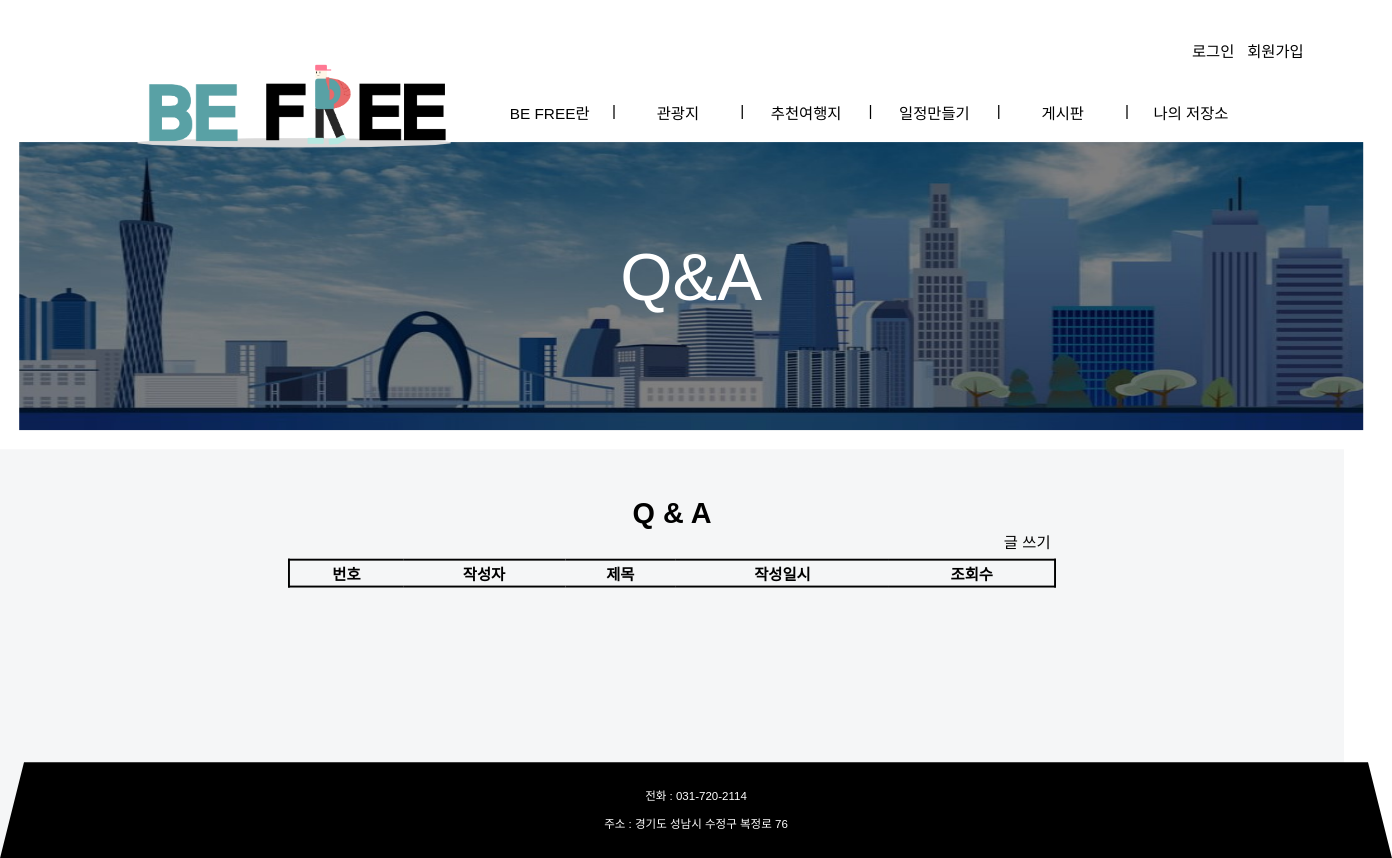
Repository: 1912087/Klavier_Piano
Page: http://localhost/notice/Q&A.jsp
An editor plug-in stored every save of this project. The page is shown before and after the next save, followed by the edit.
The browser window is 1280 px wide. The page is 1450 px wide, then 1420 px, so the pictures cover 1450 px, including what lies to the right of the window. The pictures show the whole page, at 96% of full size.
Backgrounds fixed to the window are drawn as part of the page. Some web fonts or font styles are not loaded; a fallback is used. The page is served by Tomcat 9. Other server files are loaded and not shown. Queries for data that is not in the repository find no rows.

Above is the page before, as saved 2021-11-09 16:22:33.

### Notice/notice/WebContent/Q&A.jsp
<%@ page language="java" contentType="text/html; charset=UTF-8"
    pageEncoding="UTF-8"%>
<%@ page import="java.io.PrintWriter" %>
<%@ page import="notice.QADAO" %>
<%@ page import="notice.QA" %>
<%@ page import="java.util.ArrayList" %>
<!DOCTYPE html>
<html>
    <head>
        <meta charset="UTF-8">
        <link rel="preconnect" href="https://fonts.googleapis.com">
        <link rel="preconnect" href="https://fonts.gstatic.com" crossorigin>
        <link href="https://fonts.googleapis.com/css2?family=Gowun+Dodum&display=swap" rel="stylesheet">
        <link rel="preconnect" href="https://fonts.googleapis.com">
        <link rel="preconnect" href="https://fonts.gstatic.com" crossorigin>
        <link href="https://fonts.googleapis.com/css2?family=Black+Han+Sans&display=swap" rel="stylesheet">
    	<link href="${pageContext.request.contextPath}/css/qa_design.css" rel="stylesheet" type="text/css">
        <title>BE FREE</title>
    </head>
    <body>
        	<%
        		// 메인 페이지로 이동했을 때 세션에 값이 담겨있는지 체크
				String userID = null;
				if(session.getAttribute("userID") != null){
					userID = (String)session.getAttribute("userID");
				}
				int pageNumber = 1; //기본은 1 페이지를 할당
				// 만약 파라미터로 넘어온 오브젝트 타입 'pageNumber'가 존재한다면
				// 'int'타입으로 캐스팅을 해주고 그 값을 'pageNumber'변수에 저장한다
				if(request.getParameter("pageNumber") != null){
					pageNumber = Integer.parseInt(request.getParameter("pageNumber"));
				}
			%>
        <div class="all">
            <div class="main">
                <header>
                    <div class="name">
                    </div>
					<%
						// 로그인 하지 않았을 때 보여지는 화면
						if(userID == null){
					%>
                            <ul class="login">
                                <li><a href="login.jsp">로그인</a></li> &nbsp;
                                <li><a href="clause.jsp">회원가입</a></li>
                            </ul>
                    <%
						// 로그인이 되어 있는 상태에서 보여주는 화면
						}else{
					%>
                            <ul class="login">
                                <li><a href="logoutAction.jsp">로그아웃</a></li> &nbsp;
                                <li><a href="main.jsp">회원관리</a></li>
                            </ul>

                    <%
						}
					%>

                    <nav>
                        <div class="title_menu">
                            <a href="main.jsp"><img class="logo" src="images/BE_FREE.png"></a>
                            <ul id="main-menu">
                                <li><a href="회사소개.html">BE FREE란</a></li>
                                <li><a href="#">관광지</a></li>
                                <li><a href="#">추천여행지</a>
                                    <ul id="sub-menu">
                                        <li><a href="문의하기.html">추천여행지</a></li>
                                        <li><a href="공지사항.html">추천여행일정</a></li>
                                    </ul>
                                </li>
                                <li><a href="#">일정만들기</a></li>
                                <li><a href="#">게시판</a>
                                    <ul id="sub-menu">
                                        <li><a href="공지사항.html">공지사항</a></li>
                                        <li><a href="Q&A.jsp">Q&A</a></li>
                                    </ul>
                                </li>
                                <li><a href="#">나의 저장소</a>
                                    <ul id="sub-menu">
                                        <li><a href="나의찜목록.html">나의 찜 목록</a></li>
                                        <li><a href="나의여행일정.html">나의 여행 일정</a></li>
                                    </ul>
                                </li>
                            </ul>
                        </div>
                    </nav>
                    <div class="hd">
                        <div class="ment">
                          Q&A
                        </div>
                    </div>
                </header>
            </div>

            <div class="se">
                <section>
                    <div class="item_list">
                        <p class="QA">Q & A</p>
                            <div class="w">
                                <a href="write.jsp">글 쓰기</a>
                            </div>
                            <table>
	                            <thead>
	                                <tr><th>번호</th><th>작성자</th><th>제목</th><th>작성일시</th><th>조회수</th></tr>
	                            </thead>
	                            <tbody>
									<%
										QADAO qaDAO = new QADAO(); // 인스턴스 생성
										ArrayList<QA> list = qaDAO.getList(pageNumber);
										for(int i = 0; i < list.size(); i++){
									%>
									<tr>
										<td><%= list.get(i).getQID() %></td>
										<!-- 게시글 제목을 누르면 해당 글을 볼 수 있도록 링크를 걸어둔다 -->
										<td><a href="view.jsp?QID=<%= list.get(i).getQID() %>">
											<%= list.get(i).getUserID() %></a></td>
										<td><%= list.get(i).getQTITLE() %></td>
										<td><%= list.get(i).getQDATE().substring(0, 11) + list.get(i).getQDATE().substring(11, 13) + ":"
											+ list.get(i).getQDATE().substring(14, 16) %></td>
									</tr>
									<%
										}
									%>
	                            </tbody>
                            </table>

                            <!-- 페이징 처리 영역 -->
							<%
								if(pageNumber != 1){
							%>
								<a href="QA.jsp?pageNumber=<%=pageNumber - 1 %>"
									class="btn btn-success btn-arraw-left">이전</a>
							<%
								}if(qaDAO.nextPage(pageNumber + 1)){
							%>
								<a href="QA.jsp?pageNumber=<%=pageNumber + 1 %>"
									class="btn btn-success btn-arraw-left">다음</a>
							<%
								}
							%>
                        </div>
                </section>

	            <footer>
	                <p style="padding: 25px 0px 0px 0px;">전화 : 031-720-2114</p>
	                <p>주소 : 경기도 성남시 수정구 복정로 76</p>
	            </footer>
            </div>

            </div>



    </body>
</html>

### Notice/notice/src/notice/QADAO.java
package notice;

import java.sql.Connection;
import java.sql.DriverManager;
import java.sql.PreparedStatement;
import java.sql.ResultSet;
import java.util.ArrayList;

public class QADAO {
	private Connection conn;
	private ResultSet rs;

	//기본 생성자
	public QADAO() {
		try {
			String dbURL = "jdbc:mysql://localhost:3306/PARTNER?serverTimezone=Asia/Seoul&useUnicode=true&characterEncoding=utf8";
			String dbID = "befree";
			String dbPassword = "dl10743";
			Class.forName("com.mysql.cj.jdbc.Driver");
			conn = DriverManager.getConnection(dbURL, dbID, dbPassword);
		}catch (Exception e) {
			e.printStackTrace();
		}
	}

	//작성일자 메소드
	public String getDate() {
		String sql = "select now()";
		try {
			PreparedStatement pstmt = conn.prepareStatement(sql);
			rs = pstmt.executeQuery();
			if(rs.next()) {
				return rs.getString(1);
			}
		}catch (Exception e) {
			e.printStackTrace();
		}
		return ""; //데이터베이스 오류
	}

	//게시글 번호 부여 메소드
	public int getNext() {
		//현재 게시글을 내림차순으로 조회하여 가장 마지막 글의 번호를 구한다
		String sql = "select QID from QA order by QID desc";
		try {
			PreparedStatement pstmt = conn.prepareStatement(sql);
			rs = pstmt.executeQuery();
			if(rs.next()) {
				return rs.getInt(1) + 1;
			}
			return 1; //첫 번째 게시물인 경우
		}catch (Exception e) {
			e.printStackTrace();
		}
		return -1; //데이터베이스 오류
	}

	//글쓰기 메소드
	public int write(String QTITLE, String userID, String QCONTENT) {
		String sql = "insert into QA values(?, ?, ?, ?, ?, ?)";
		try {
			PreparedStatement pstmt = conn.prepareStatement(sql);
			pstmt.setInt(1, getNext());
			pstmt.setString(2, QTITLE);
			pstmt.setString(3, userID);
			pstmt.setString(4, getDate());
			pstmt.setString(5, QCONTENT);
			pstmt.setInt(6, 1); //글의 유효번호
			return pstmt.executeUpdate();
		}catch (Exception e) {
			e.printStackTrace();
		}
		return -1; //데이터베이스 오류
	}

	//게시글 리스트 메소드
	public ArrayList<QA> getList(int pageNumber){
		String sql = "select * from QA where QID < ? and QCLICK = 1 order by QID desc limit 10";
		ArrayList<QA> list = new ArrayList<QA>();
		try {
			PreparedStatement pstmt = conn.prepareStatement(sql);
			pstmt.setInt(1, getNext() - (pageNumber - 1) * 10);
			rs = pstmt.executeQuery();
			while(rs.next()) {
				QA qa = new QA();
				qa.setQID(rs.getInt(1));
				qa.setQTITLE(rs.getString(2));
				qa.setUserID(rs.getString(3));
				qa.setQDATE(rs.getString(4));
				qa.setQCONTENT(rs.getString(5));
				qa.setQCLICK(rs.getInt(6));
				list.add(qa);
			}
		}catch (Exception e) {
			e.printStackTrace();
		}
		return list;
	}

	//페이징 처리 메소드
	public boolean nextPage(int pageNumber) {
		String sql = "select * from QA where QID < ? and QCLICK = 1";
		try {
			PreparedStatement pstmt = conn.prepareStatement(sql);
			pstmt.setInt(1, getNext() - (pageNumber - 1) * 10);
			rs = pstmt.executeQuery();
			if(rs.next()) {
				return true;
			}
		}catch (Exception e) {
			e.printStackTrace();
		}
		return false;
	}

}

### Notice/notice/WebContent/css/qa_design.css

            body { margin:0 auto; padding:20px 0 0 0; font-family: 'Gowun Dodum', sans-serif;}
            li { display: inline-block; list-style: none; }
            a { text-decoration: none; color:black;}
            header{ display: inline-block; width: 1400px; margin: 0 auto;}
            .hd {
                background-image: url('images/town_2.jpg');
                background-size:over;
                background-size:100% 100%;
                background-attachment: fixed;
                width:1400px;
                height:300px;
                background-repeat: no-repeat;
                margin-top:-20px;
            }
            .main{
                margin: 0 auto;
                padding: 20px;
                text-align: center;
            }
            .logo{
                /*margin-top: 30px;
                display: flex;
                position : relative;*/
                height: 100px;
                /*left: 7%*/
            }
            .login { margin-right: 62px; /*float: right;*/ }
            header ul{ text-align: right; }
            .p {
                height:60px;
                z-index: 1;
                width:1500px;
                margin:0;
                padding:0;
             }
             nav {
                display: flex;
                justify-content: center;
                position: relative;
                /* background: black; */
                margin: 0 auto;
                /* width: 95%; */
                /* position: absolute; */
                /* left: 10%;*/
            }
            ul, li {
                margin: 0;
                padding: 0;
                list-style: none;
                text-decoration: none;
            }

            nav > ul > li{
                width: 130px;
            }
            .se{
                background-color: white;
	            margin: 0 auto;
	            width: 1400px;
                text-align: center;
            }
            #main-menu{
                /*background: black;*/
                height: 40px;
                /* position: relative; */
                /* top: 50%; */
                justify-content: center;
                margin: 35px 0px 0px 20px;
                float: right;
                width: 810px;
            }
            #main-menu > li > a {
                /*color:white;*/
                text-align: center;
                line-height: 39px;
                padding: 0px 20px 0px 15px;
                text-shadow: 1px 1px 1px white(0, 0, 0, 0.39);
                width: 90px;
                float: right;
            }

            #main-menu > li::before{
                content: "|";
                float: right;
                display: block;
                margin-top: 7.7px;
            }
            #main-menu > li:last-child::before{
                content: "";
            }
            #main-menu > li> .logo{
                width: 120px;
            }

            #sub-menu {
                width:120px;
                position: absolute;
                opacity: 0;
                visibility: hidden;
                background-color: rgba(255, 255, 255, 0.801);
                border-top: 2px solid gold;
                text-align: center;
                top: 74px;
            }

            #sub-menu > li {
                display: block;
                font-size:13px;
                padding: 10px 10px;
            }

            #main-menu > li:hover #sub-menu {
                z-index: 1;
                opacity: 1;
                visibility: visible;
            }
            #sub-menu > li > a:hover { text-decoration:underline; color:gray; }
            .event ul li { list-style: none; display: inline-block; }
            section div img { width: 100%; }
            .ment {
                margin :0 auto;
                float:left;
                width:100%;
                font-size:100px;
                text-align: center;
                margin-top:100px;
                color:rgb(255, 255, 255);
                font-size: 70px;
            }
            section{width:1400px;margin:0 auto; padding-top:50px;}
            .a1{ text-align: center; font-weight: bold; font-size:30px;}
           /*.a2{background-color:gray; color:white; border-bottom: 2px solid black; padding:5px; margin-top:10px;}*/
            footer{
                clear:both;
                margin:0;
                /*background-color: rgb(22, 20, 20);*/
                color:white;
                text-align: center;
                /*padding:15px;*/
                font-size: 12px;
                position: relative;
                width: 1350px;
                bottom: 0;
                left: 0;
                border-bottom: 100px solid black;
				border-right: 25px solid transparent;
				border-left: 25px solid transparent;
				height: 0px;
            }
            .wrap {position: absolute;left: 0;bottom: 40px;width: 288px;height: 132px;margin-left: -144px;text-align: left;overflow: hidden;font-size: 12px;font-family: 'Malgun Gothic', dotum, '돋움', sans-serif;line-height: 1.5;}
            .wrap * {padding: 0;margin: 0;}
            .wrap .info {width: 286px;height: 120px;border-radius: 5px;border-bottom: 2px solid #ccc;border-right: 1px solid #ccc;overflow: hidden;background: #fff;}
            .wrap .info:nth-child(1) {border: 0;box-shadow: 0px 1px 2px #888;}
            .info .title {padding: 5px 0 0 10px;height: 30px;background: rgb(17, 38, 141);border-bottom: 1px solid #ddd;font-size: 18px;font-weight: bold; color: #fff;}
            .info .close {position: absolute;top: 10px;right: 10px;color: rgb(255, 255, 255);width: 17px;height: 17px;background: url('https://t1.daumcdn.net/localimg/localimages/07/mapapidoc/overlay_close.png');}
            .info .close:hover {cursor: pointer;}
            .info .body {position: relative;overflow: hidden;}
            .info .desc {position: relative;margin: 13px 0 0 90px;height: 75px;}
            .desc .ellipsis {overflow: hidden;text-overflow: ellipsis;white-space: nowrap;}
            .desc .jibun {font-size: 11px;color: #888;margin-top: -2px;}
            .info .img {position: absolute;top: 6px;left: 5px;width: 73px;height: 71px;border: 1px solid #ddd;color: #888;overflow: hidden;}
            .info:after {content: '';position: absolute;margin-left: -12px;left: 50%;bottom: 0;width: 22px;height: 12px;background: url('https://t1.daumcdn.net/localimg/localimages/07/mapapidoc/vertex_white.png')}
            .info .link {color: #5085BB;}


            footer{
                clear:both;
                margin:0;
                /*background-color: rgb(22, 20, 20);*/
                color:white;
                text-align: center;
                /*padding:15px;*/
                font-size: 12px;
                position: relative;
                width: 1400px;
                bottom: 0;
                left: 0;
                border-bottom: 100px solid black;
				border-right: 25px solid transparent;
				border-left: 25px solid transparent;
				height: 0px;
            }
            .item_list{
                text-align: center;
                width: 940px;
                margin: 0 auto;
            }
            .recommend_plan{
                display: inline-block;
                /*text-align: center;*/
                margin: 0px;
            }
            .item_section{
                float: left;
                /*width: 300px;
                box-shadow: 5px 5px 5px gray;
                border: 1px solid rgb(184, 184, 184);
                border-radius: 5px;*/
                margin: 10px;
            }
            .item_btm_like{
                text-align: right;
                padding: 10px 20px 10px 10px;
                border-top: 1px solid rgb(184, 184, 184);
            }
            .item_title{
                font-size: 20px;
                margin: 0px 0px 0px 0px;
            }
            .item_plan{
                margin: 0px 0px 16px 0px;
                clear: left;
                text-align: left;
            }
            .item_img{
                margin: 20px;
                width: 200px;
            }

            .item_list2{
                width: 1400px;
                text-align: center;
                margin-top: 70px;
            }
            .table_travle{
                margin-left: auto;
                margin-right: auto;
            }
            .travle{
                /*border: 1px solid gray;*/
                padding-right: 60px;
            }
            .item_section2{
                float: left;
                /*width: 240px;*/
                /*box-shadow: 5px 5px 5px gray;*/
                border: 1px solid rgb(184, 184, 184);
                border-radius: 5px;
                margin: 10px;
            }
            .item_section3{
                float: left;
                /*width: 240px;*/
                /*box-shadow: 5px 5px 5px gray;
                border: 1px solid rgb(184, 184, 184);
                border-radius: 5px;*/
                margin: 10px;
            }
            .item_title2{
                margin: 0px 0px 20px 0px;
                font-size: 20px;
            }
            .item_btm_like2{
                text-align: right;
                padding: 10px 20px 10px 10px;
                border-top: 1px solid rgb(184, 184, 184);
            }
            .hash{
                /*width: 250px;*/
                padding: 20px;
                /*border: 1px solid rgb(240, 240, 240);
                border-radius: 150px;
                background-color: rgb(240, 240, 240);*/
            }
            .item_top_jeju{
                margin-top: 45px;
            }
            .item_title{
                font-size: 40px;
                font-weight: bold;
                font-family: 'Black Han Sans', sans-serif;
                color: rgb(255, 255, 255);
                -webkit-text-stroke-width: 0.5px;
                -webkit-text-stroke-color: rgb(0, 0, 0);
                float: left;
            }
            .item_sub{
                font-size: 40px;
                font-family: 'Black Han Sans', sans-serif;
                color: black;
                -webkit-text-stroke-width: 0px;
                margin: 0px 0px 0px 12px;
                float: left;
            }
            .back{
                background: linear-gradient(to right, #0052d4,#4364f7,#6fb1fc);
                height: 44px;
                padding: 5px;
            }
            .logo_img{
                width: 390px;
                padding: 74px 10px 74px 10px;
            }
            .site_logo{
                font-size: 40px;
                font-family: 'Black Han Sans', sans-serif;
                /*background: linear-gradient(to right top, #0052d4,#4364f7,#6fb1fc);
                color: transparent;
                -webkit-background-clip: text;
                -webkit-text-stroke-width: 0px;*/
                color: black;
                margin: 0px 0px 0px 0px;
            }
            .object_logo{
                font-size: 40px;
                font-family: 'Black Han Sans', sans-serif;
                /*background: linear-gradient(to right top, #0052d4,#4364f7,#6fb1fc);
                color: transparent;
                -webkit-background-clip: text;
                -webkit-text-stroke-width: 0px;*/
                color: black;
                margin: 0px 0px 0px 0px;
            }
            .logo_img3{
                width: 350px;
            }
            .item_list3{
                width: 1400px;
                text-align: center;
                margin-top: 70px;
            }
            .table_site{
                margin-left: auto;
                margin-right: auto;
            }
            .a2{
                font-size: 40px;
                font-family: 'Black Han Sans', sans-serif;
                /*background: linear-gradient(to right top, #0052d4,#4364f7,#6fb1fc);
                color: transparent;
                -webkit-background-clip: text;
                -webkit-text-stroke-width: 0px;*/
                color: black;
                margin: 0px 0px 0px 0px;
            }
            table{
                margin:0 auto;
                width:800px;
                height:200px;
                border:2px solid black;
                border-collapse:collapse;
                text-align: center;

            }
            tr td{
                height:15px;
                border-bottom:1px solid black;

            }
            th{
                border-bottom:1px solid black;
                height:15px;
            }
            td a:hover{color:gray; text-decoration:underline;}

            .QA{
                font-size: 30px;
                font-weight: bold;
                margin: 0 0 30px 0;
            }
            .w{
                width:60px;
                height:20px;
                float:right;
                margin:-30px 70px 10px 0;
                text-align: center;
            }
            .w:hover a{color:rgb(0, 5, 54); text-decoration: underline;}
            .w:hover{transform:scale(1.1); }
            .se{background-color: #f5f6f7;}

After the next save:
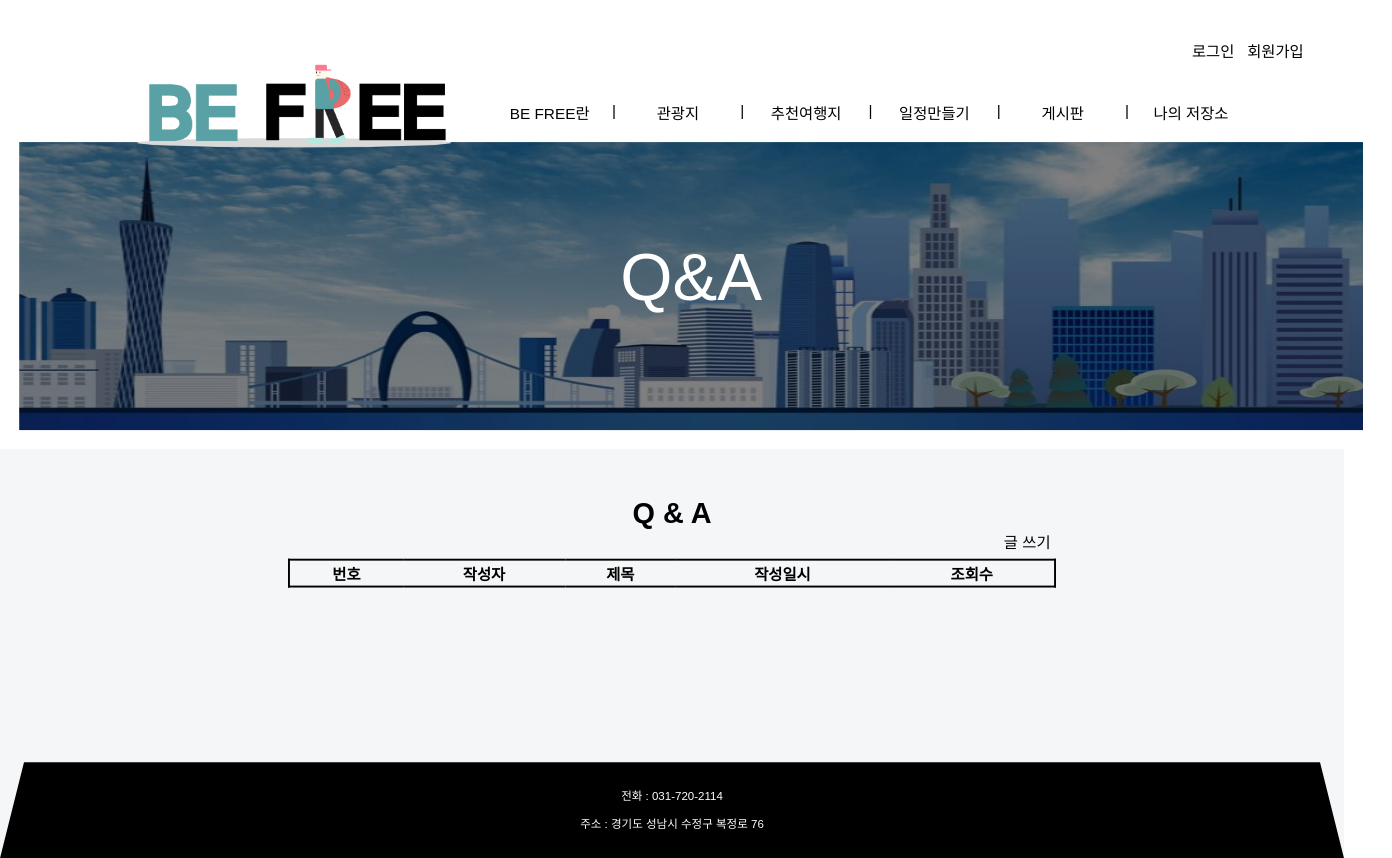
Saved 89 s later.
--- a/Notice/notice/WebContent/css/qa_design.css
+++ b/Notice/notice/WebContent/css/qa_design.css
@@ -162,25 +162,6 @@
             .info .img {position: absolute;top: 6px;left: 5px;width: 73px;height: 71px;border: 1px solid #ddd;color: #888;overflow: hidden;}
             .info:after {content: '';position: absolute;margin-left: -12px;left: 50%;bottom: 0;width: 22px;height: 12px;background: url('https://t1.daumcdn.net/localimg/localimages/07/mapapidoc/vertex_white.png')}
             .info .link {color: #5085BB;}
-
-
-            footer{
-                clear:both;
-                margin:0;
-                /*background-color: rgb(22, 20, 20);*/
-                color:white;
-                text-align: center;
-                /*padding:15px;*/
-                font-size: 12px;
-                position: relative;
-                width: 1400px;
-                bottom: 0;
-                left: 0;
-                border-bottom: 100px solid black;
-				border-right: 25px solid transparent;
-				border-left: 25px solid transparent;
-				height: 0px;
-            }
             .item_list{
                 text-align: center;
                 width: 940px;
